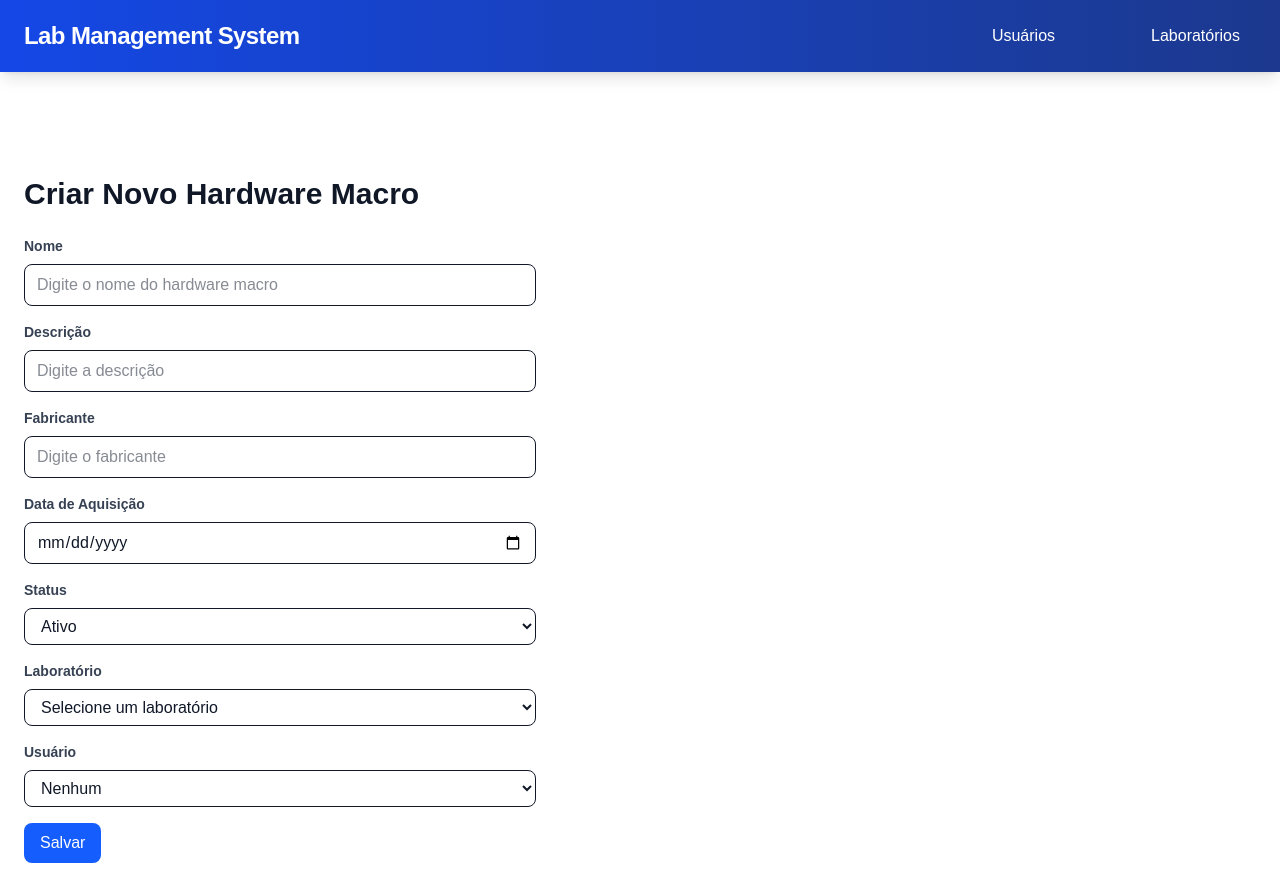
Repository: fabianosevla/gestao-labs
Page: /labs/hardware/macro/create (app in lab-management-system/)
An editor plug-in stored every save of this project. The page is shown before and after the next save, followed by the edit.
The browser window is 1280 px wide. The pictures show the whole page.
The project was rebuilt for these pictures with package versions that can differ from the ones it lists, and the page was loaded fresh each time. The framework's server and built-in components were replaced by stand-ins that run in the browser. Also part of the build but not shown: lab-management-system/next.config.mjs.

Above is the page before, as saved 2025-05-06 20:18:36.

### lab-management-system/app/layout.js
import "./globals.css";
import Navbar from "../components/Navbar"; // Ajustado para apontar para a raiz do projeto

export const metadata = {
  title: "Gerenciamento de Laboratórios",
  description: "Sistema de gerenciamento de laboratórios da Universidade Federal de Itajubá",
};

export default function RootLayout({ children }) {
  return (
    <html lang="pt-BR">
      <body className="bg-gray-100 min-h-screen">
        <Navbar />
        <main className="pt-16">{children}</main>
      </body>
    </html>
  );
}

### lab-management-system/app/labs/hardware/macro/create/page.js
"use client";

import { useState } from "react";
import { useRouter } from "next/navigation";
import { useMacroHardwares, useLaboratories, useAdminUsers, useVisitorUsers } from "../../../../../lib/storage";

export default function CreateMacroHardware() {
    const router = useRouter();
    const [macroHardwares, setMacroHardwares] = useMacroHardwares();
    const [laboratories] = useLaboratories();
    const [adminUsers] = useAdminUsers();
    const [visitorUsers] = useVisitorUsers();
    const [formData, setFormData] = useState({
        name: "",
        description: "",
        manufacturer: "",
        acquisitionDate: "",
        status: "ativo",
        laboratoryId: "",
        user: "",
    });

    const allUsers = [...adminUsers, ...visitorUsers];

    const handleChange = (e) => {
        const { id, value } = e.target;
        setFormData((prev) => ({ ...prev, [id]: value }));
    };

    const handleSubmit = (e) => {
        e.preventDefault();
        const newMacroHardware = {
            id: macroHardwares.length + 1,
            ...formData,
        };
        setMacroHardwares([...macroHardwares, newMacroHardware]);
        router.push("/labs/hardware/macro");
    };

    return (
        <div className="p-6 pt-28">
            <h1 className="text-3xl font-bold mb-6 text-gray-900">Criar Novo Hardware Macro</h1>
            <form className="max-w-lg" onSubmit={handleSubmit}>
                <div className="mb-4">
                    <label className="block text-gray-700 text-sm font-bold mb-2" htmlFor="name">
                        Nome
                    </label>
                    <input
                        type="text"
                        id="name"
                        value={formData.name}
                        onChange={handleChange}
                        className="w-full px-3 py-2 border rounded-lg focus:outline-none focus:ring-2 focus:ring-blue-500 text-gray-900"
                        placeholder="Digite o nome do hardware macro"
                        required
                    />
                </div>
                <div className="mb-4">
                    <label className="block text-gray-700 text-sm font-bold mb-2" htmlFor="description">
                        Descrição
                    </label>
                    <input
                        type="text"
                        id="description"
                        value={formData.description}
                        onChange={handleChange}
                        className="w-full px-3 py-2 border rounded-lg focus:outline-none focus:ring-2 focus:ring-blue-500 text-gray-900"
                        placeholder="Digite a descrição"
                        required
                    />
                </div>
                <div className="mb-4">
                    <label className="block text-gray-700 text-sm font-bold mb-2" htmlFor="manufacturer">
                        Fabricante
                    </label>
                    <input
                        type="text"
                        id="manufacturer"
                        value={formData.manufacturer}
                        onChange={handleChange}
                        className="w-full px-3 py-2 border rounded-lg focus:outline-none focus:ring-2 focus:ring-blue-500 text-gray-900"
                        placeholder="Digite o fabricante"
                        required
                    />
                </div>
                <div className="mb-4">
                    <label className="block text-gray-700 text-sm font-bold mb-2" htmlFor="acquisitionDate">
                        Data de Aquisição
                    </label>
                    <input
                        type="date"
                        id="acquisitionDate"
                        value={formData.acquisitionDate}
                        onChange={handleChange}
                        className="w-full px-3 py-2 border rounded-lg focus:outline-none focus:ring-2 focus:ring-blue-500 text-gray-900"
                        required
                    />
                </div>
                <div className="mb-4">
                    <label className="block text-gray-700 text-sm font-bold mb-2" htmlFor="status">
                        Status
                    </label>
                    <select
                        id="status"
                        value={formData.status}
                        onChange={handleChange}
                        className="w-full px-3 py-2 border rounded-lg focus:outline-none focus:ring-2 focus:ring-blue-500 text-gray-900"
                        required
                    >
                        <option value="ativo">Ativo</option>
                        <option value="inativo">Inativo</option>
                    </select>
                </div>
                <div className="mb-4">
                    <label className="block text-gray-700 text-sm font-bold mb-2" htmlFor="laboratoryId">
                        Laboratório
                    </label>
                    <select
                        id="laboratoryId"
                        value={formData.laboratoryId}
                        onChange={handleChange}
                        className="w-full px-3 py-2 border rounded-lg focus:outline-none focus:ring-2 focus:ring-blue-500 text-gray-900"
                        required
                    >
                        <option value="">Selecione um laboratório</option>
                        {laboratories.map((lab) => (
                            <option key={lab.id} value={lab.id}>
                                {lab.name}
                            </option>
                        ))}
                    </select>
                </div>
                <div className="mb-4">
                    <label className="block text-gray-700 text-sm font-bold mb-2" htmlFor="user">
                        Usuário
                    </label>
                    <select
                        id="user"
                        value={formData.user}
                        onChange={handleChange}
                        className="w-full px-3 py-2 border rounded-lg focus:outline-none focus:ring-2 focus:ring-blue-500 text-gray-900"
                    >
                        <option value="">Nenhum</option>
                        {allUsers.map((user) => (
                            <option key={user.id} value={user.name}>
                                {user.name}
                            </option>
                        ))}
                    </select>
                </div>
                <button
                    type="submit"
                    className="px-4 py-2 bg-blue-600 text-white rounded-lg hover:bg-blue-700 transition duration-300"
                >
                    Salvar
                </button>
            </form>
        </div>
    );
}

### lab-management-system/app/globals.css
@import "tailwindcss";

:root {
  --background: #ffffff;
  --foreground: #efecec;
}

@theme inline {
  --color-background: var(--background);
  --color-foreground: var(--foreground);
  --font-sans: var(--font-geist-sans);
  --font-mono: var(--font-geist-mono);
}

@media (prefers-color-scheme: dark) {
  :root {
    --background: #f7f1f1;
    --foreground: #ededed;
  }
}

body {
  background: var(--background);
  color: var(--foreground);
  font-family: Arial, Helvetica, sans-serif;
}

### lab-management-system/components/Navbar.js
"use client";

import Link from "next/link";
import { usePathname } from "next/navigation";
import { useEffect, useState } from "react";

export default function Navbar() {
    const pathname = usePathname();
    const [isLoginPage, setIsLoginPage] = useState(true);

    useEffect(() => {
        setIsLoginPage(pathname === "/login");
    }, [pathname]);

    if (isLoginPage) return null;

    return (
        <nav className="bg-gradient-to-r from-blue-700 to-blue-900 text-white shadow-lg fixed top-0 left-0 w-full z-50">
            <div className="max-w-7xl mx-auto px-6 py-4 flex justify-between items-center">
                <h1 className="text-2xl font-bold tracking-tight">Lab Management System</h1>
                <div className="flex space-x-16">
                    {/* Usuários */}
                    <div className="relative group">
                        <button className="px-4 py-2 rounded-xl hover:bg-blue-800 transition duration-300 ease-in-out font-medium">
                            Usuários
                        </button>
                        <div className="absolute right-0 mt-2 w-40 bg-white text-gray-800 rounded-xl shadow-2xl opacity-0 group-hover:opacity-100 group-hover:translate-y-0 transform -translate-y-3 transition-all duration-300 ease-in-out z-10">
                            <Link href="/users/visitors" className="block px-4 py-2 hover:bg-blue-100 rounded-t-xl transition duration-200">Visitantes</Link>
                            <Link href="/users/admins" className="block px-4 py-2 hover:bg-blue-100 rounded-b-xl transition duration-200">Admin</Link>
                        </div>
                    </div>

                    {/* Laboratórios */}
                    <div className="relative group">
                        <button className="px-4 py-2 rounded-xl hover:bg-blue-800 transition duration-300 ease-in-out font-medium">
                            Laboratórios
                        </button>
                        <div className="absolute right-0 mt-2 w-40 bg-white text-gray-800 rounded-xl shadow-2xl opacity-0 group-hover:opacity-100 group-hover:translate-y-0 transform -translate-y-3 transition-all duration-300 ease-in-out z-20">
                            <div className="relative group/sub">
                                <button className="block px-4 py-2 hover:bg-blue-100 w-full text-left transition duration-200">
                                    Hardware
                                </button>
                                <div className="absolute right-40 top-0 w-40 bg-white text-gray-800 rounded-xl shadow-2xl opacity-0 group-hover/sub:opacity-100 group-hover/sub:translate-x-0 transform translate-x-3 transition-all duration-300 ease-in-out z-20">
                                    <Link href="/labs/hardware/micro" className="block px-4 py-2 hover:bg-blue-100 rounded-t-xl transition duration-200">Micro</Link>
                                    <Link href="/labs/hardware/macro" className="block px-4 py-2 hover:bg-blue-100 rounded-b-xl transition duration-200">Macro</Link>
                                </div>
                            </div>
                            <Link href="/labs/software" className="block px-4 py-2 hover:bg-blue-100 rounded-b-xl transition duration-200">Software</Link>
                        </div>
                    </div>
                </div>
            </div>
        </nav>
    );
}

Loaded but not shown: lab-management-system/lib/storage.js (library)

After the next save:
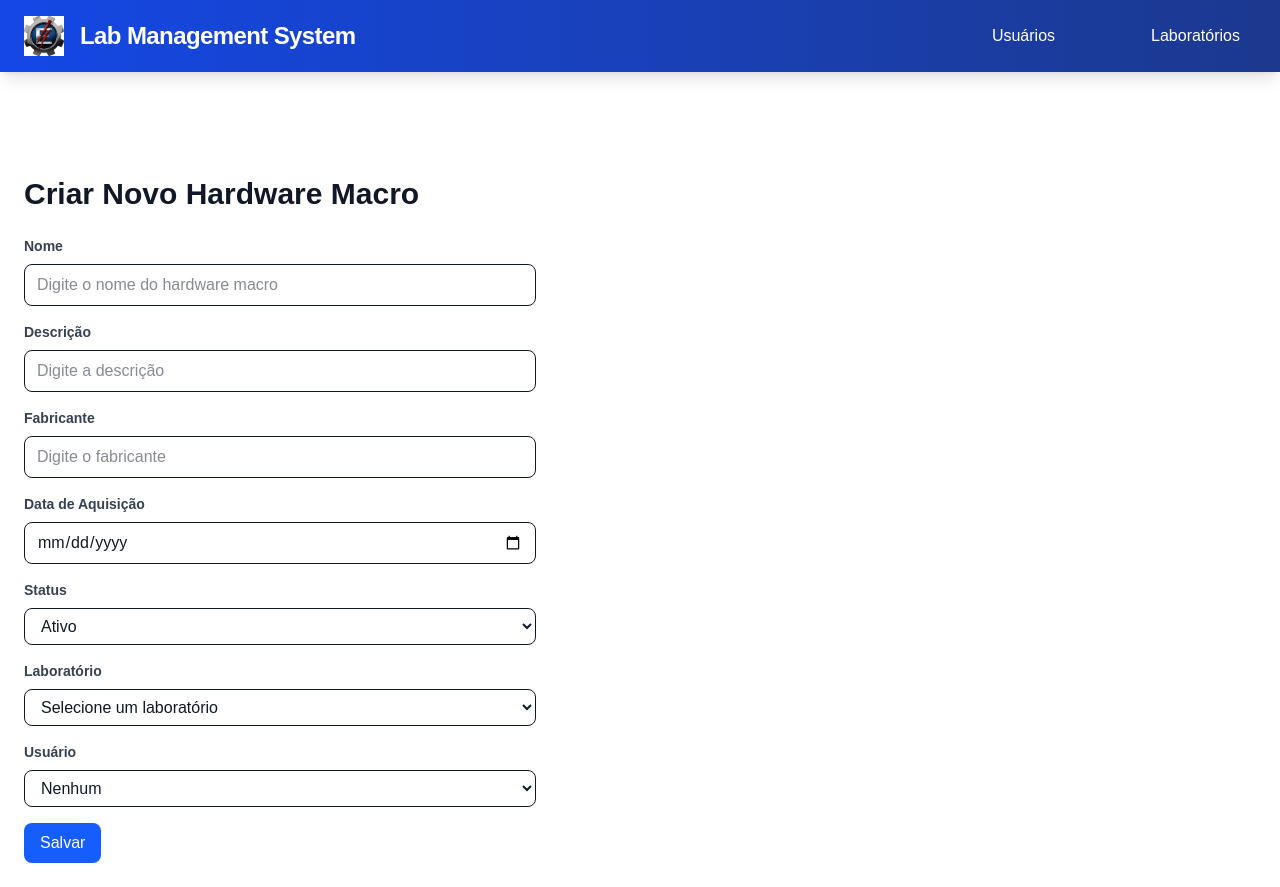
Saved 3 min 38 s later.
--- a/lab-management-system/components/Navbar.js
+++ b/lab-management-system/components/Navbar.js
@@ -17,7 +17,14 @@ export default function Navbar() {
     return (
         <nav className="bg-gradient-to-r from-blue-700 to-blue-900 text-white shadow-lg fixed top-0 left-0 w-full z-50">
             <div className="max-w-7xl mx-auto px-6 py-4 flex justify-between items-center">
-                <h1 className="text-2xl font-bold tracking-tight">Lab Management System</h1>
+                <div className="flex items-center space-x-4">
+                    <img
+                        src="/images/unifei.jpg"
+                        alt="Logo da Universidade Federal de Itajubá"
+                        className="h-10 w-10"
+                    />
+                    <h1 className="text-2xl font-bold tracking-tight">Lab Management System</h1>
+                </div>
                 <div className="flex space-x-16">
                     {/* Usuários */}
                     <div className="relative group">
